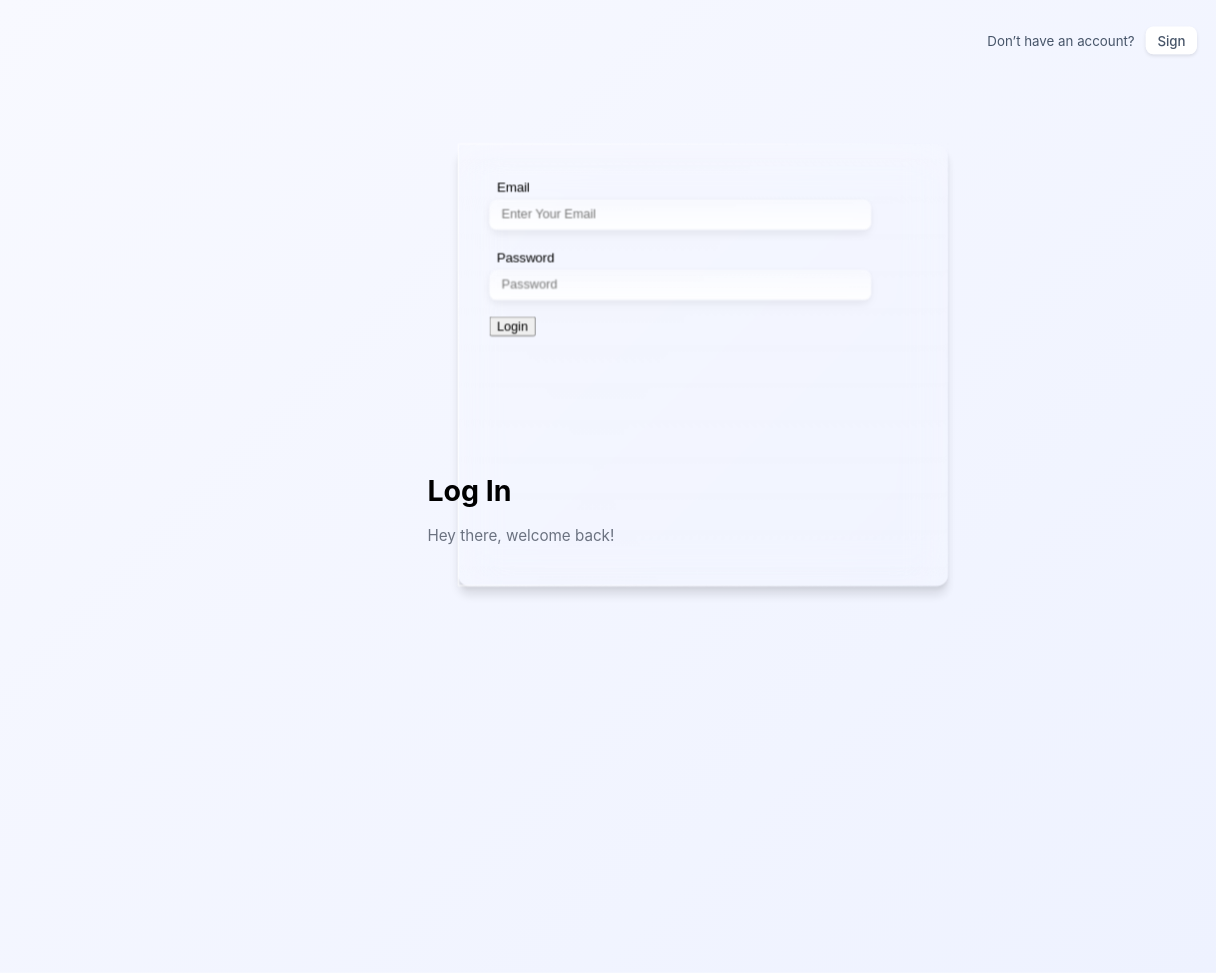
Repository: AfifaNoor/Admin_Panel-React-
Page: /
The author's editor kept a copy of each file at every save. The page is drawn from the files as they stood at one save, then again after the next save.
The browser window is 1280 px wide. The pictures show the whole page, at 95% of full size.
The project was rebuilt for these pictures with package versions that can differ from the ones it lists, and the page was loaded fresh each time. Also part of the build but not shown: src/SignUp.jsx.

Above is the page before, as saved 2025-07-10 16:29:18.

### src/App.js
import React from 'react'
import LoginPage from './LoginPage'
import { RouterProvider } from 'react-router-dom'
import Router from './Router'

const App = () => {
  return (
    <>
      {/* <RouterProvider router={Router}/> */}
      <LoginPage/>
    </>


  )
}

export default App

### src/LoginPage.jsx
import React, { useState } from 'react'
// import {Navigate, useNavigate} from 'react-router-dom';
import "./LoginPage.css"
import { ToastContainer, toast } from 'react-toastify';
import 'react-toastify/dist/ReactToastify.css';

const LoginPage = () => {
    const[email , setEmail]=useState('')
    const [password , setPassword] = useState('')
    // const navigate= useNavigate();

const handleSubmit =(e)=>{
    e.preventDefault();

 const hardcoreMail="login@gmail.com";
 const hardcorePassword = '1234567'

    if (email=== hardcoreMail && password === hardcorePassword){
        alert("Login Successfull")

    }else{
        alert("Invalid Credential")
    }

}



  return (
 <div className="login-container">

      <div className="signup-redirect">
        <p>
          Don’t have an account?{' '}
          {/* <span className="signup-link" onClick={() => navigate('/sign-up')}> */}
            {/* Sign Up */}
          {/* </span> */}
          <span className="signup-link" >
            Sign
          </span>
        </p>
      </div>

      <div className="title">
        <h1>Log In</h1>
        <p>Hey there, welcome back!</p>
      </div>

    <div>



    </div>

      <form className="login-form" onSubmit={handleSubmit}>
      <label className='form-label'>Email</label>
        <input
          type="email"
          className="form-input"
          value={email}
          placeholder="Enter Your Email"
          onChange={(e) => setEmail(e.target.value)}
          required
        />

        <label className='form-label'>Password</label>
        <input
          type="password"
          className="form-input"
          placeholder="Password"
          value={password}
          onChange={(e) => setPassword(e.target.value)}
          required
        />

        <button className="login-btn" type="submit">
          Login
        </button>

        {/* <ToastContainer /> */}
      </form>
    </div>
  );
}

export default LoginPage

### src/Router.jsx
import React from 'react';
import { createBrowserRouter , createRoutesFromElements , Route } from 'react-router-dom';
import LoginPage from './LoginPage';
import SignUp from './SignUp';

const Router = createBrowserRouter(
  createRoutesFromElements(
    <>

      <Route path='/sign-up' element={<SignUp/>}/>
      <Route path='login-page' element={<LoginPage/>}/>
    </>
  )
)

export default Router;

### src/LoginPage.css
.login-container {
  width: 100%;
  height: 1024px;
  /* background: #FFFFFF; */
  opacity: 1;
  transform: rotate(0deg);
  display: flex;
  justify-content: center;
  align-items: center;
  background: linear-gradient(135deg, #f8f9ff, #eef2ff);
  flex-direction: column;
  /* font-family: 'Inter','sans-serif'; */
  position: relative;


}
.signup-redirect {
  position: absolute;
  top: 20px;
  right: 20px;
  font-size: 14px;
  color: #475569;
}

.signup-link {
  background: #ffffff;
  border-radius: 8px;
  padding: 6px 12px;
  margin-left: 8px;
  box-shadow: 0 2px 4px rgba(0,0,0,0.1);
  cursor: pointer;
  font-weight: 500;
  transition: all 0.3s ease;
}

.signup-link:hover {
  background: #f0f0f0;
}


.title{
  z-index: 3;
  width: 380px;
  height: 72px;
  opacity: 1;
  gap: 10px;

}

.title h1 {
width: 380px;
height: 40px;
font-family: 'Inter', sans-serif;
font-weight: 600px;
font-size: 30px;
line-height: 40px;
letter-spacing: -1%;
margin-bottom: 8px;
}

.title p{
  font-size: 16px;
  font-style: Inter;
  font-weight: 400px;
  font-style:normal;
  line-height: 22px;
  letter-spacing: -1%;
  color: rgba(107, 114, 128, 1);
  margin-bottom: 24px;

}

.login-form{
  width: 450px;
  height: 400px;
  position: absolute;
  top: 150.5px;
  left: 482px;
  border-radius: 12px;
  padding: 32px;
  gap: 10px;
  opacity: 1;
  flex-direction: column;

  z-index: 2;

  background: linear-gradient(180deg, rgba(255, 255, 255, 0) -9.58%, rgba(255, 255, 255, 0.052) 100%);
  border: 1px solid transparent;
  border-image-source: linear-gradient(93.78deg, #FFFFFF 8.04%, rgba(255, 255, 255, 0) 100%);
  border-image-slice: 1;


-webkit-backdrop-filter: blur(20px);
backdrop-filter: blur(20px);

box-shadow:
  0px 10px 10px 0px rgba(0, 0, 0, 0.10),
  0px 4px 4px 0px rgba(0, 0, 0, 0.05),
  0px 1px 0px 0px rgba(0, 0, 0, 0.05),
  inset 0px 20px 50px 0px rgba(255, 255, 255, 0.15);

}

.form-label{
width: 380px;
height: 22px;
transform: rotate(0deg);
opacity: 1;
gap: 12px;
text-align: left;

font-family: 'Intern',sans-serif;
font-weight: 500px;
font-size: 14px;
line-height: 22px;
letter-spacing: -0.01em;

color:black;


border: none;
border-radius: 6px;
padding: 2px 8px;
cursor: pointer;
display: inline-flex;
/* align-items: left; */
justify-content: left;

}

.form-input{

 width: 380px;
  height: 20px;
  min-width: 140px;
  max-width: 500px;
  transform: rotate(0deg);
  opacity: 1;
  border-radius: 8px;
  border-width: 1px;
  padding: 5px 8px 5px 12px;
  gap: 8px;
  margin-bottom: 16px;

  background: linear-gradient(0deg, rgba(255, 255, 255, 0.9) 0%, rgba(255, 255, 255, 0.4) 100%);
  border: 1px solid transparent; /* fallback for border-image */

  border-image:
    linear-gradient(0deg, rgba(255, 255, 255, 0.1), rgba(255, 255, 255, 0.1)),
    linear-gradient(360deg, rgba(255, 255, 255, 0.5) 0%, rgba(255, 255, 255, 0) 100%);
  border-image-slice: 1;


  -webkit-backdrop-filter: blur(20px);
  backdrop-filter: blur(20px);
  box-shadow: 0 4px 10px rgba(0,0,0,0.08);
  cursor: pointer;
}

Loaded but not shown: public/index.html (common file); src/index.js (common file); src/index.css (common file); src/reportWebVitals.js (common file)

After the next save:
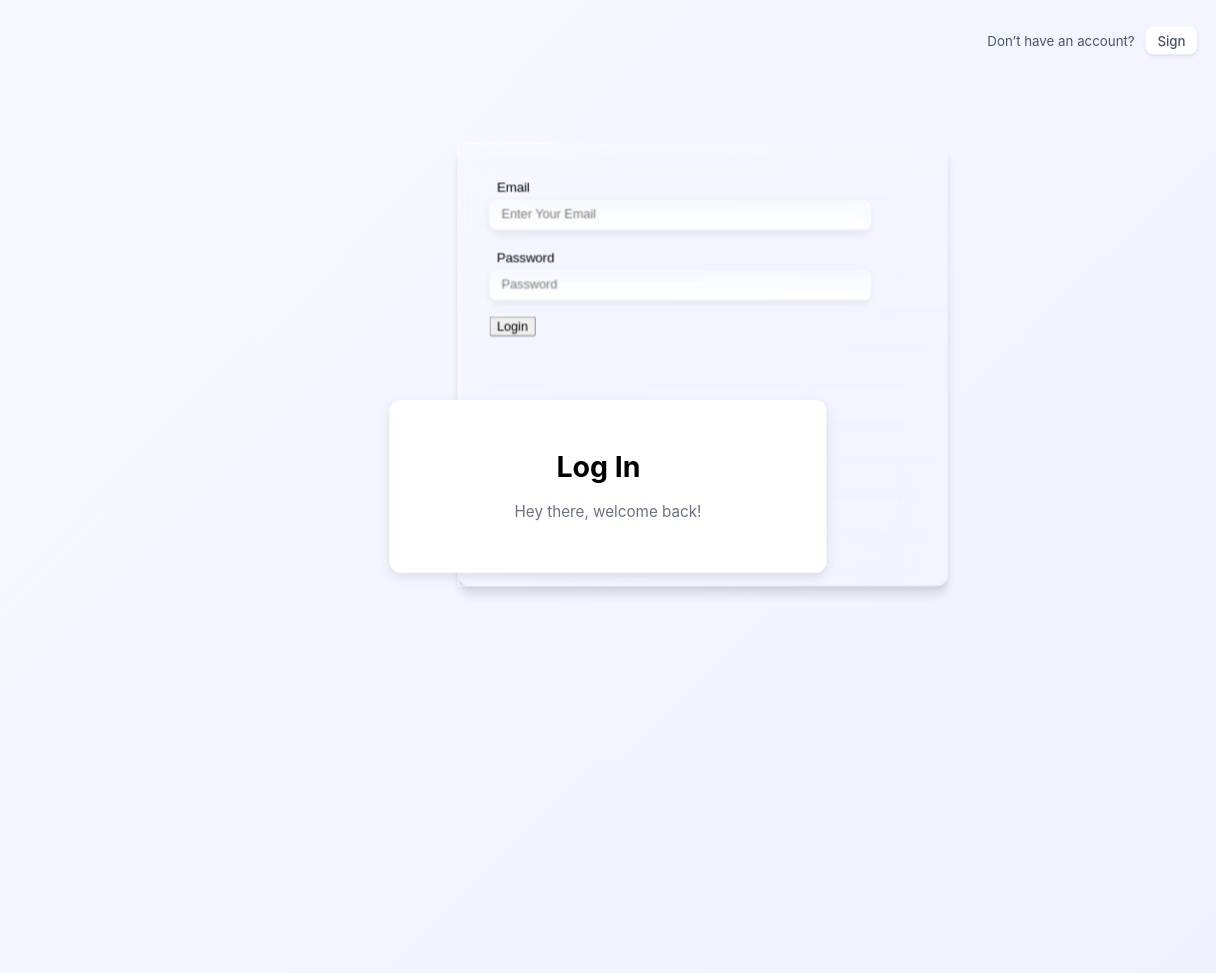
Saved 2 min 44 s later.
--- a/src/LoginPage.css
+++ b/src/LoginPage.css
@@ -40,10 +40,15 @@
 
 .title{
   z-index: 3;
-  width: 380px;
-  height: 72px;
-  opacity: 1;
-  gap: 10px;
+  width: 100%;
+  max-width: 400px;
+  margin: 50px auto;  /* centers it vertically and horizontally */
+  padding: 30px;
+  background-color: #fff;
+  border-radius: 12px;
+  box-shadow: 0 4px 12px rgba(0, 0, 0, 0.1);
+  text-align: center;  /* centers the text in the title */
+
 
 }
 
